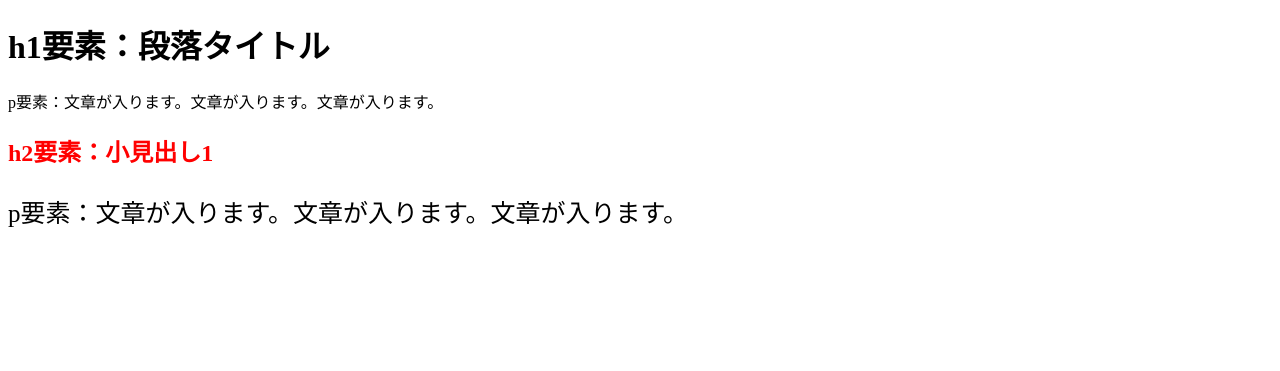
Repository: IzIzKen/samurai_HTML-CSS
Page: HTML CSSを学びWebプログラミングの第一歩を踏み出そう/3章 CSSの導入/index.html
The author's editor kept a record of every edit. The page is drawn from the files as they stood at one moment, then again after the next edit.
The browser window is 1280 px wide. The pictures show the whole page.

Above is the page before.

### HTML CSSを学びWebプログラミングの第一歩を踏み出そう/3章 CSSの導入/index.html
<!DOCTYPE html>
<html lang="jp">
<head>
    <meta charset="UTF-8">
    <title>HTML/CSSの学習</title>
    <style>
        h2{
            color: red;
        }
    </style>
</head>
<body>
    <h1>h1要素：段落タイトル</h1>
    <p>p要素：文章が入ります。文章が入ります。文章が入ります。</p>
    <h2>h2要素：小見出し1</h2>
    <p style="font-size: 25px;">
        p要素：文章が入ります。文章が入ります。文章が入ります。
    </p>

</body>
</html>

After the next edit:
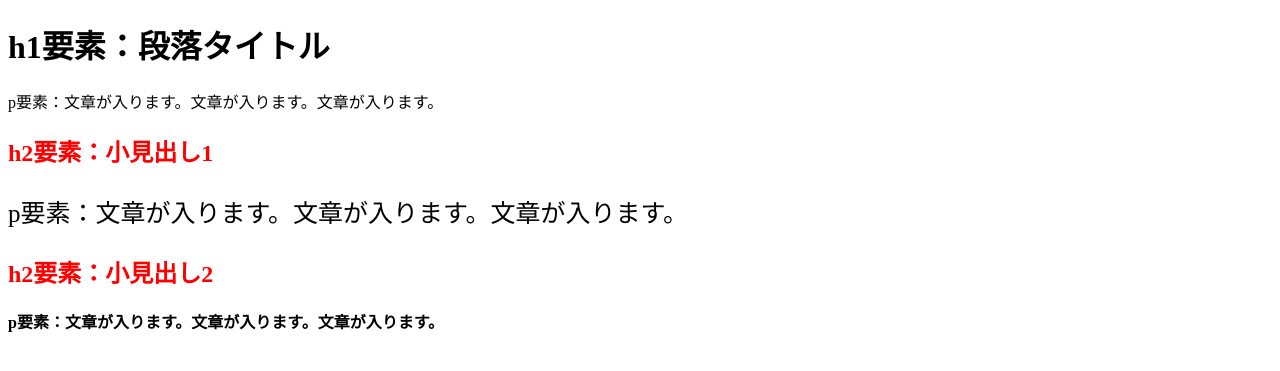
The edit:
--- a/HTML CSSを学びWebプログラミングの第一歩を踏み出そう/3章 CSSの導入/index.html
+++ b/HTML CSSを学びWebプログラミングの第一歩を踏み出そう/3章 CSSの導入/index.html
@@ -16,6 +16,9 @@
     <p style="font-size: 25px;">
         p要素：文章が入ります。文章が入ります。文章が入ります。
     </p>
-
+    <h2>h2要素：小見出し2</h2>
+    <p style="font-weight: bold">
+        p要素：文章が入ります。文章が入ります。文章が入ります。
+    </p>
 </body>
 </html>
